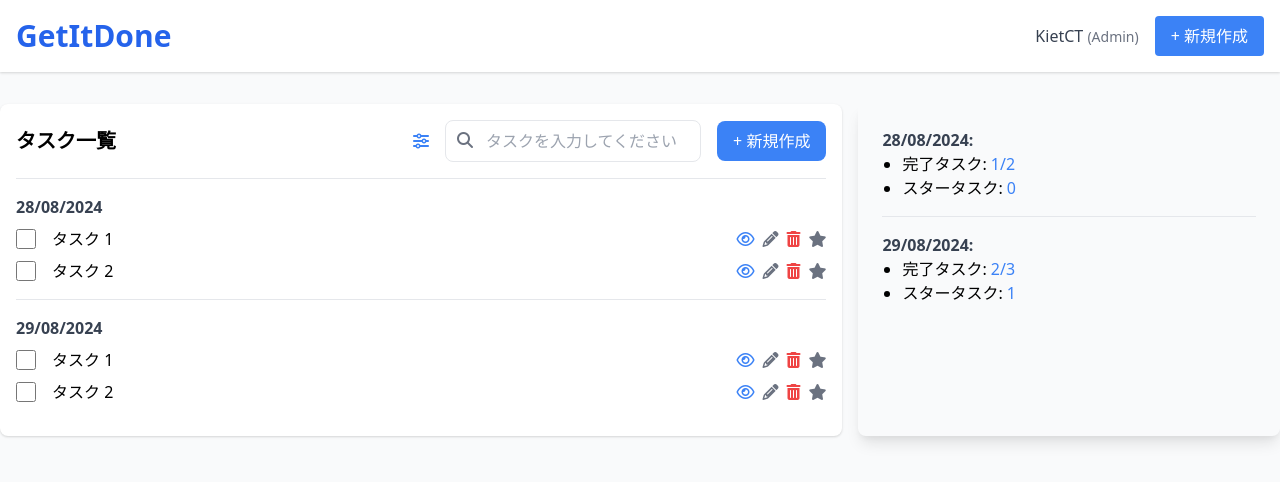
Repository: TuanAnhNguyen723/todolist
Page: mainscreen.html
These files come from the project's save history. The page is drawn as it stood at one moment and after the next save; the edit follows.
The browser window is 1280 px wide. The pictures show the whole page.
Some web libraries are served in a nearby version.

Above is the page before, as saved 2024-09-25 14:22:34.

After the next save:
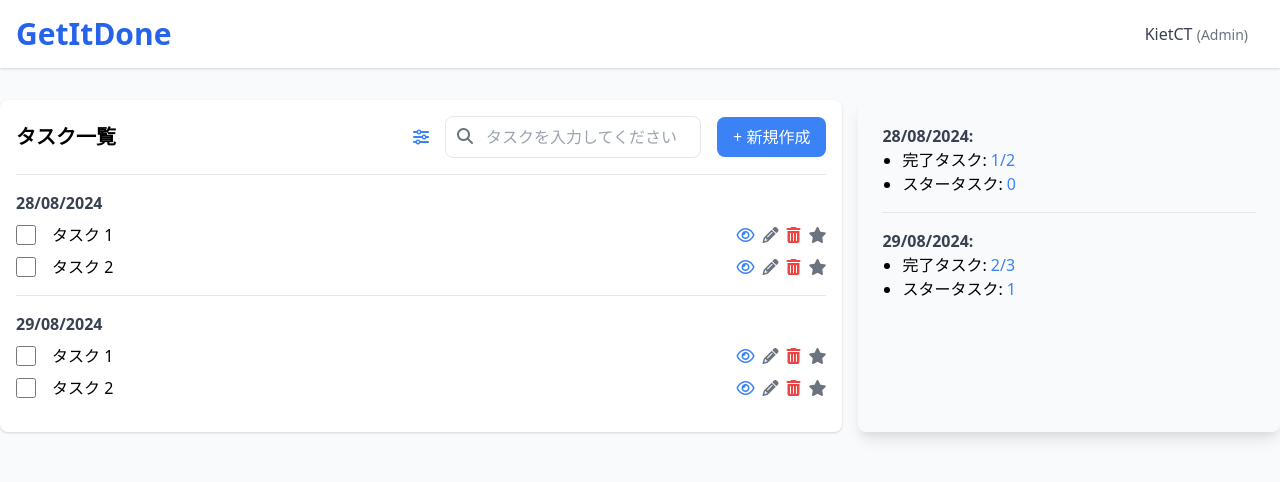
Saved 18 min 20 s later.
--- a/mainscreen.html
+++ b/mainscreen.html
@@ -24,9 +24,6 @@
         <span class="text-gray-700 mr-4"
           >KietCT <span class="text-sm text-gray-500">(Admin)</span></span
         >
-        <button class="bg-blue-500 text-white px-4 py-2 rounded">
-          + 新規作成
-        </button>
       </div>
     </header>
 
